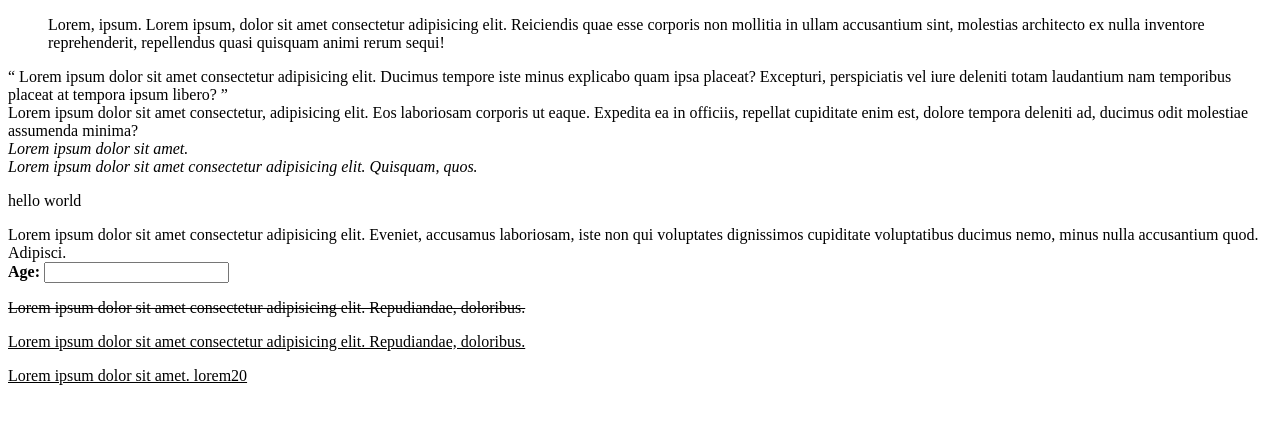
Repository: arunyerram/Web-TEChnologies
Page: p.html
An editor plug-in stored every save of this project. The page is shown before and after the next save, followed by the edit.
The browser window is 1280 px wide. The pictures show the whole page.

Above is the page before, as saved 2025-02-21 11:58:29.

### p.html
<!DOCTYPE html>
<html lang="en">
<head>
    <meta charset="UTF-8">
    <meta name="viewport" content="width=device-width, initial-scale=1.0">
    <title>Document</title>
</head>
<body>
    <!-- the <blockquote>,<q>, <abbr>, <address>, <cite>,  <bdo> -->
        <blockquote>
            Lorem, ipsum.
            Lorem ipsum, dolor sit amet consectetur adipisicing elit. Reiciendis quae esse corporis non mollitia in ullam accusantium sint, molestias architecto ex nulla inventore reprehenderit, repellendus quasi quisquam animi rerum sequi!
        </blockquote>
        <q>
            Lorem ipsum dolor sit amet consectetur adipisicing elit. Ducimus tempore iste minus explicabo quam ipsa placeat? Excepturi, perspiciatis vel iure deleniti totam laudantium nam temporibus placeat at tempora ipsum libero?
        </q>
        <br/>
        <abbr>
            Lorem ipsum dolor sit amet consectetur, adipisicing elit. Eos laboriosam corporis ut eaque. Expedita ea in officiis, repellat cupiditate enim est, dolore tempora deleniti ad, ducimus odit molestiae assumenda minima?
        </abbr>

        <address>
            Lorem ipsum dolor sit amet.
        </address>
        <cite>
            Lorem ipsum dolor sit amet consectetur adipisicing elit. Quisquam, quos.
        </cite>

        <bdo>
            <p>hello world</p>
            Lorem ipsum dolor sit amet consectetur adipisicing elit. Eveniet, accusamus laboriosam, iste non qui voluptates dignissimos cupiditate voluptatibus ducimus nemo, minus nulla accusantium quod. Adipisci.
        </bdo>
        <br/>

        <strong><label for="age"> Age:</label></strong>
        <input type="age" id="age" name="age">


        <p> <del> Lorem ipsum dolor sit amet consectetur adipisicing elit. Repudiandae, doloribus.</del></p>

        <p> <ins> Lorem ipsum dolor sit amet consectetur adipisicing elit. Repudiandae, doloribus.</ins></p>
        <p><u>Lorem ipsum dolor sit amet. lorem20</u></p>


</body>
</html>

After the next save:
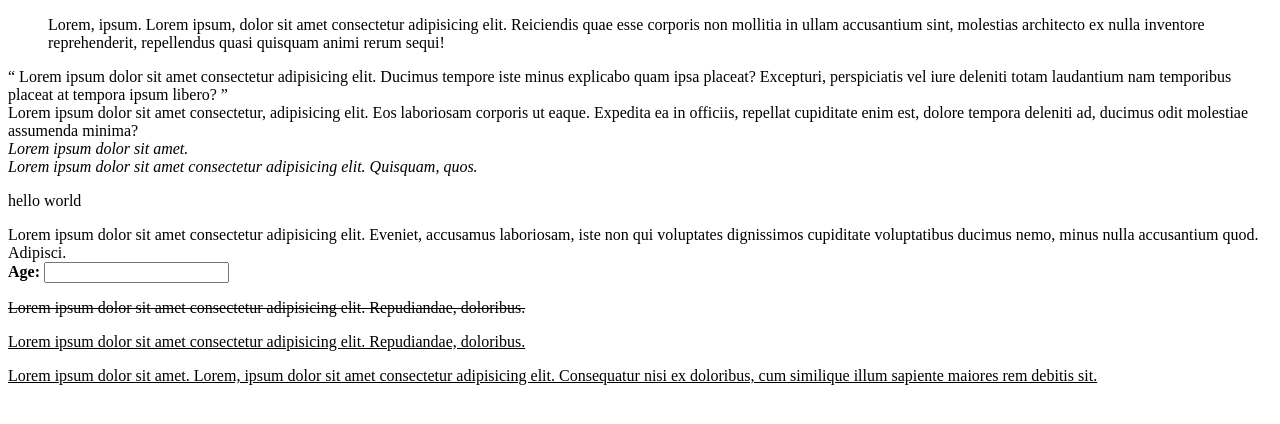
Saved 5 s later.
--- a/p.html
+++ b/p.html
@@ -39,7 +39,7 @@
         <p> <del> Lorem ipsum dolor sit amet consectetur adipisicing elit. Repudiandae, doloribus.</del></p>
 
         <p> <ins> Lorem ipsum dolor sit amet consectetur adipisicing elit. Repudiandae, doloribus.</ins></p>
-        <p><u>Lorem ipsum dolor sit amet. lorem20</u></p>
+        <p><u>Lorem ipsum dolor sit amet. Lorem, ipsum dolor sit amet consectetur adipisicing elit. Consequatur nisi ex doloribus, cum similique illum sapiente maiores rem debitis sit.</u></p>
 
 
 </body>
